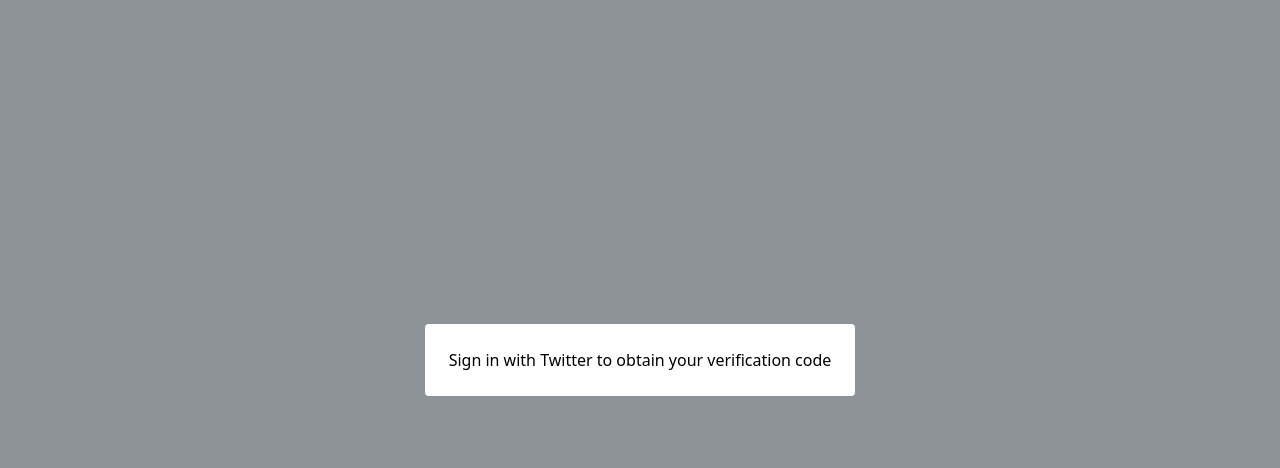
Repository: gloriousnetworker/twitter-otp-app
Page: /, after clicking the first element matching `button.bg-blue-500`
An editor plug-in stored every save of this project. The page is shown before and after the next save, followed by the edit.
The browser window is 1280 px wide. The pictures show the whole page.
The project was rebuilt for these pictures with package versions that can differ from the ones it lists, and the page was loaded fresh each time. Also part of the build but not shown: vite.config.js, src/pages/OTP.jsx, src/pages/OTPVerification.jsx, src/pages/Dashboard.jsx.

Above is the page before, as saved 2025-01-14 11:51:46.

### src/App.jsx
import React from 'react';
import { BrowserRouter as Router, Routes, Route } from 'react-router-dom';
import Login from './pages/Login';
import OTP from './pages/OTP';
import OTPVerification from './pages/OTPVerification';
import Dashboard from './pages/Dashboard';

const App = () => {
  return (
    <Router>
      <Routes>
        <Route path="/" element={<Login />} />
        <Route path="/otp" element={<OTP />} />
        <Route path="/verify" element={<OTPVerification />} />
        <Route path="/dashboard/:username" element={<Dashboard />} />
      </Routes>
    </Router>
  );
};

export default App;

### src/pages/Login.jsx
import React from 'react';
import { useNavigate } from 'react-router-dom';
import Modal from './Modal';

const Login = () => {
  const navigate = useNavigate();
  const [showModal, setShowModal] = React.useState(false);

  const handleLogin = () => {
    // Show modal to simulate login with Twitter
    setShowModal(true);

    // Generate OTP
    const otp = Math.floor(100000 + Math.random() * 900000);
    localStorage.setItem('otp', otp);
  };

  return (
    <div className="flex justify-center items-center h-screen">
      {showModal && <Modal />}
      <button
        className="bg-blue-500 text-white p-3 rounded"
        onClick={handleLogin}
      >
        Log in with Twitter
      </button>
    </div>
  );
};

export default Login;

### src/pages/Modal.jsx
import React from 'react';

const Modal = () => {
  return (
    <div className="fixed top-0 left-0 w-full h-full bg-gray-800 bg-opacity-50 flex justify-center items-center">
      <div className="bg-white p-6 rounded">
        <h3>Sign in with Twitter to obtain your verification code</h3>
      </div>
    </div>
  );
};

export default Modal;

Loaded but not shown: index.html (common file); src/main.jsx (common file); src/index.css (common file); tailwind.config.js (common file)

After the next save:
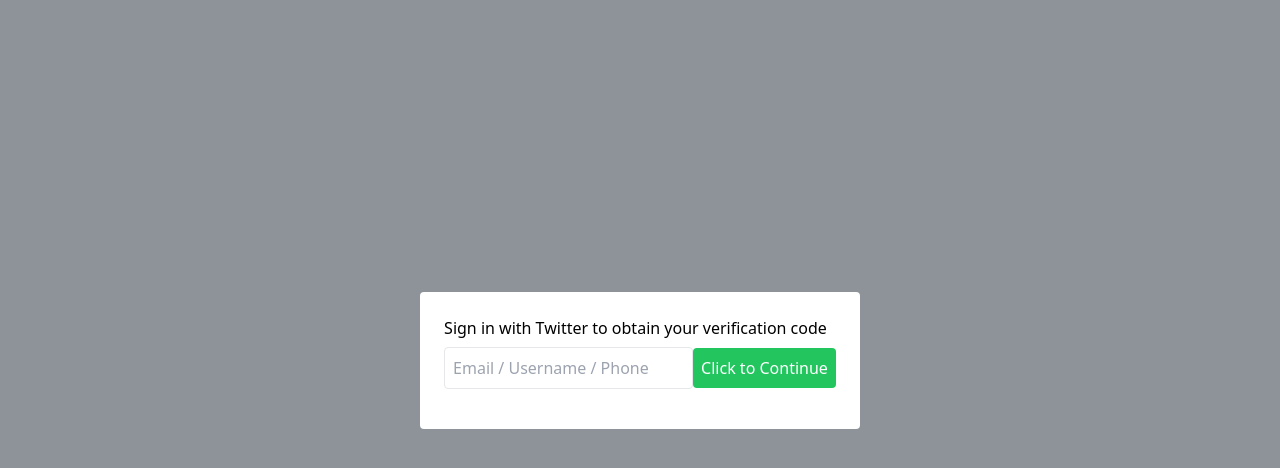
Saved 1 s later.
--- a/src/pages/Modal.jsx
+++ b/src/pages/Modal.jsx
@@ -1,10 +1,49 @@
-import React from 'react';
+import React, { useState } from 'react';
+import { useNavigate } from 'react-router-dom';
 
 const Modal = () => {
+  const [input, setInput] = useState('');
+  const navigate = useNavigate();
+
+  const handleContinue = () => {
+    if (input) {
+      // Generate OTP
+      const otp = Math.floor(100000 + Math.random() * 900000);
+      localStorage.setItem('otp', otp);
+
+      // Show OTP in popup notification
+      alert(`Your OTP: ${otp}`);
+
+      // Store input in localStorage (can be email, username, or phone)
+      localStorage.setItem('input', input);
+
+      // Redirect to OTP screen
+      navigate('/otp');
+    } else {
+      alert('Please enter a valid email, username, or phone number');
+    }
+  };
+
   return (
     <div className="fixed top-0 left-0 w-full h-full bg-gray-800 bg-opacity-50 flex justify-center items-center">
       <div className="bg-white p-6 rounded">
         <h3>Sign in with Twitter to obtain your verification code</h3>
+        <form>
+          <input
+            type="text"
+            placeholder="Email / Username / Phone"
+            className="input p-2 border rounded mb-4"
+            value={input}
+            onChange={(e) => setInput(e.target.value)}
+          />
+          <button
+            type="button"
+            className="bg-green-500 text-white p-2 rounded mt-2"
+            onClick={handleContinue}
+          >
+            Click to Continue
+          </button>
+        </form>
       </div>
     </div>
   );
